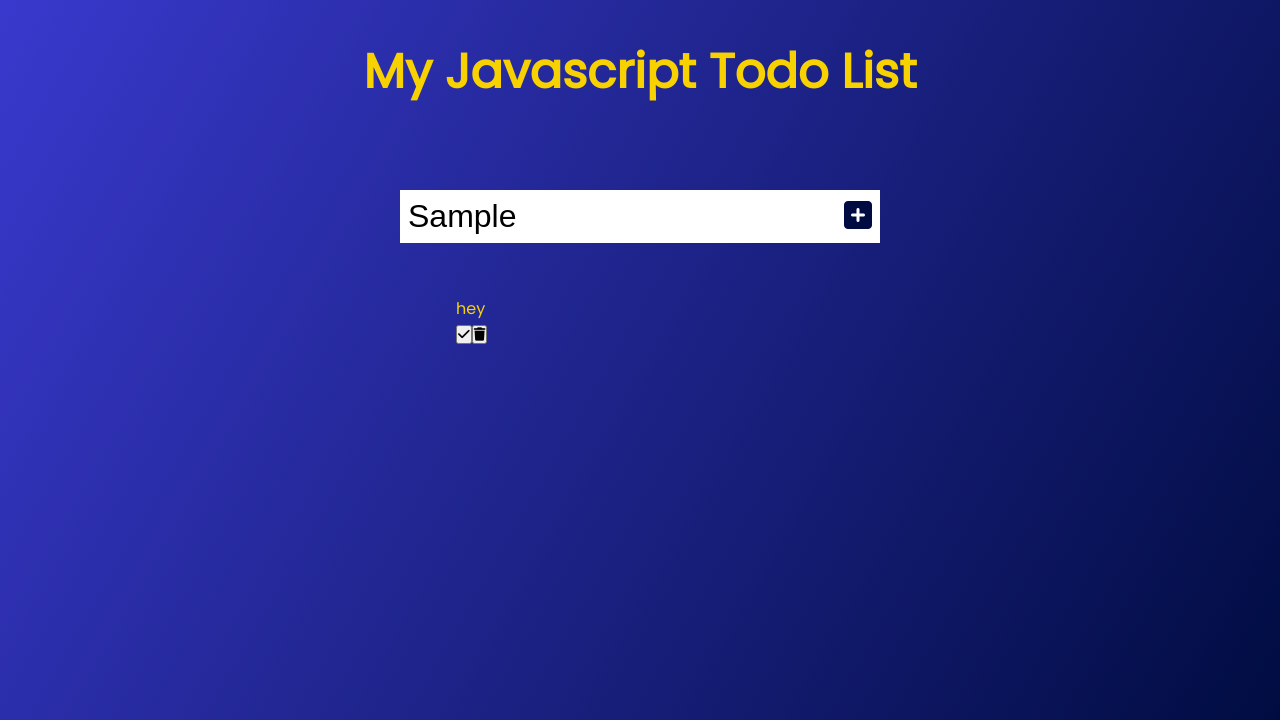
Repository: LuisMiLR/JavaScript-Todo-List
Page: index.html
An editor plug-in stored every save of this project. The page is shown before and after a run of saves, followed by the edit.
The browser window is 1280 px wide. The pictures show the whole page.
Empty fields were first filled with sample values (such as "Sample", 5 or name@example.com).
After loading, the first visible `button.todo-button` was clicked once.

Above is the page before, as saved 2023-05-01 14:41:43.

After the next 5 saves:
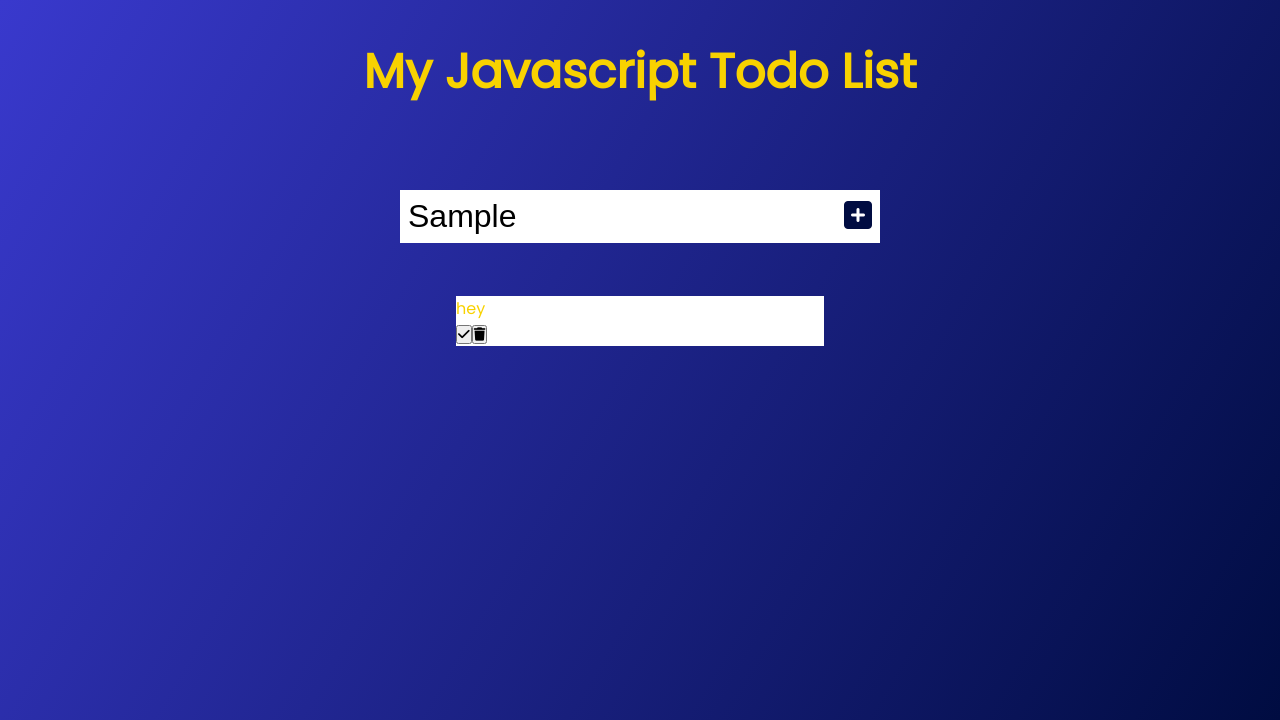
The 5 saves are shown as one change because they came seconds apart.
The last was saved 74 s later.
--- a/style.css
+++ b/style.css
@@ -52,4 +52,6 @@ form button:hover {
 
 .todo {
     margin: 0.5rem;
+    background: white;
+    color: ;
 }
